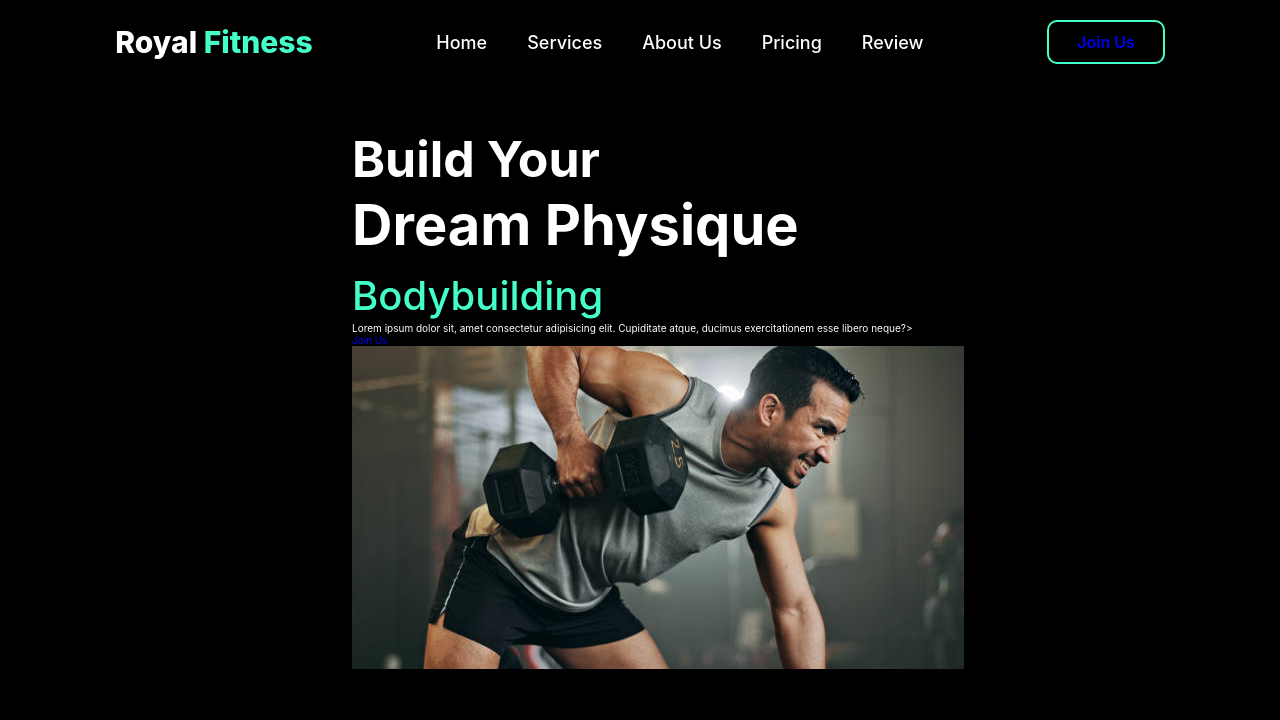
Repository: hawamubarakk/Gym-Website
Page: index.html
An editor plug-in stored every save of this project. The page is shown before and after the next save, followed by the edit.
The browser window is 1280 px wide. The pictures show the whole page.

Above is the page before, as saved 2026-02-01 13:34:19.

### index.html
<!DOCTYPE html>
<html lang="en">
<head>
    <meta charset="UTF-8">
    <meta name="viewport" content="width=device-width, initial-scale=1.0">
    <link href='https://unpkg.com/boxicons@2.1.4/css/boxicons.min.css' rel='stylesheet'>
    <link rel="stylesheet" href="style.css">
    <title>Royal Fitness</title>
</head>
<body>
    <!-- Header section code -->
     <header>
        <a href="#home" class = "logo">Royal <span>Fitness</span></a>

        <div class='bx bx-menu' id="menu-icon"></div>
        <ul class="navbar">
            <li><a href="#home">Home</a></li>
            <li><a href="#services">Services</a></li>
            <li><a href="#about">About Us</a></li>
            <li><a href="#plans">Pricing</a></li>
            <li><a href="#review">Review</a></li>
        </ul>

        <div class="top-btn">
            <a href="#" class = "nav-btn">Join Us</a>
        </div>
     </header>

     <!-- Home Section Code-->

     <section class = "home" id="home">
        <div class="home-content">

            <h3>Build Your</h3>
            <h1>Dream Physique</h1>
            <h3><span class = "multiple-text">Bodybuilding</span></h3>

            <p>Lorem ipsum dolor sit, amet consectetur adipisicing elit. Cupiditate atque, ducimus exercitationem esse libero neque?></p>

            <a href="#" class="btn">Join Us</a>

            <div class="home-img">
                <img src="Images/image 8.jpg" alt="Hero Image">
            </div>
        </div>
     </section>
</body>
</html>

### style.css
* {
    margin: 0;
    padding: 0;
    box-sizing: border-box;
    text-decoration: none;
    list-style: none;
    border: none;
    outline: none;
    scroll-behavior: smooth;
    font-family: -apple-system, sans-serif;
}

:root {
    --bg-color: #000;
    --snd-bg-color: #111;
    --text-color: #fff;
    --main-color: #45ffca;
}

html {
    font-size: 62.5%;
    overflow-x: hidden;
}

body {
    background: var(--bg-color);
    color: var(--text-color);
}

section {
    min-height: 100vh;
    padding: 10rem 8% 2rem;
}

/* Header section code */

header {
    position: fixed;
    width: 100%;
    top: 0;
    right: 0;
    z-index: 1000;
    display: flex;
    justify-content: space-between;
    align-items: center;
    padding: 2rem 9%;
    background: rgba(0, 0, 0, 0.5);
    backdrop-filter: blur(10px);
    transition: all 0.5s ease;
}

.logo {
    font-size: 3rem;
    color: var(--text-color);
    font-weight: 800;
    cursor: pointer;
    transition: 0.3s ease-in-out;
}

.logo:hover {
    transform: scale(1.1);
}

span {
    color: var(--main-color);
}

.navbar {
    display: flex;
    gap: 4rem;
}
.navbar a {
    font-size: 1.8rem;
    font-weight: 500;
    color: var(--text-color);
    margin-left: 0;
    transition: all 0.5s ease;
    border-bottom: 3px solid transparent;
}

.navbar a:hover,
.navbar a.active {
    color: var(--main-color);
    border-bottom: 3px solid var(--main-color);
}

.nav-btn {
    display: inline-block;
    padding: 1rem 2.8rem;
    background: transparent;
    color: var(--main color);
    border: 2px solid var(--main-color);
    border-radius: 1rem;
    font-size: 1.6rem;
    font-weight: 600;
    transition: all 0.5s ease;

}

.nav-btn:hover {
    background: var(--main-color);
    color: var(--text-color);
    box-shadow: 0 0 18px var(--main-color);
}

#menu-icon {
    font-size: 3.6rem;
    color: var(--main-color);
    cursor: pointer;
    display: none;

}

/* Home section code*/

.home {
    display: flex;
    justify-content: center;
    align-items: center;
}

.home-content h3 {
    font-size: 5rem;
    font-weight: 700
}

.home-content span {
    font-size: 4rem;
    font-weight: 550;

}
span {
    color: var(--main-color);
}

.home-content h1 {
    font-size: 5.6rem;
    font-weight: 700;
    line-height: 1.3;
}

.home-img {
    width: 45vw;
}

After the next save:
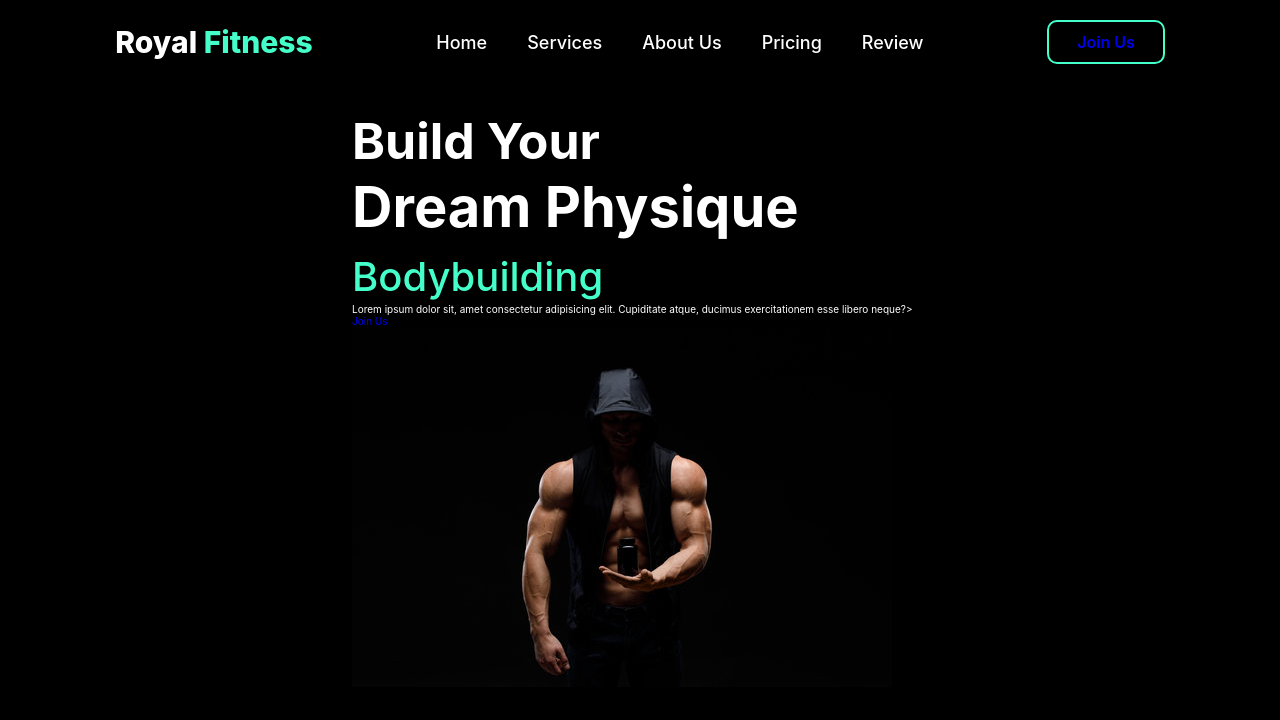
Saved 110 s later.
--- a/index.html
+++ b/index.html
@@ -40,7 +40,7 @@
             <a href="#" class="btn">Join Us</a>
 
             <div class="home-img">
-                <img src="Images/image 8.jpg" alt="Hero Image">
+                <img src="Images/image 9.jpg" alt="Hero Image">
             </div>
         </div>
      </section>
